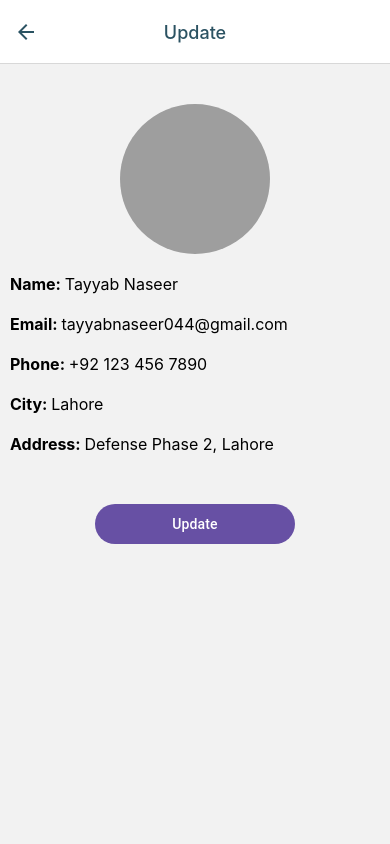
Repository: SaudCh/Expo-Pethub
Screen: /UpdateProfile
The author's editor kept a copy of each file at every save. The screen is drawn from the files as they stood at one save, then again after the next save.
Pictures or frames that could not be fetched are drawn as grey boxes. The app was drawn by React Native's web renderer in a window 390 px wide. The project was rebuilt for these pictures with package versions that can differ from the ones it lists, and the page was loaded fresh each time. Also part of the build but not shown: Screens/Signup.js, Screens/Home.js, Screens/Profile.js, Components/Avatar.js.

Above is the screen before, as saved 2022-11-15 00:30:45.

### App.js
import { StatusBar } from 'expo-status-bar';
import 'react-native-gesture-handler';
import { StyleSheet, Text, View } from 'react-native';
import { Provider as PaperProvider } from 'react-native-paper';
import AppNavigator from './Components/Navigator';

export default function App() {
  return (
    <PaperProvider>
      <AppNavigator />
    </PaperProvider>
  );
}

const styles = StyleSheet.create({
  container: {
    flex: 1,
    backgroundColor: '#fff',
    alignItems: 'center',
    justifyContent: 'center',
  },
});

### Components/Navigator.js
// In App.js in a new project

import * as React from 'react';
import { View, Text } from 'react-native';
import { NavigationContainer } from '@react-navigation/native';
import { createNativeStackNavigator } from '@react-navigation/native-stack';
import Login from '../Screens/Login';
import Signup from '../Screens/Signup';
import Home from '../Screens/Home';
import Profile from '../Screens/Profile';
import UpdateProfile from '../Screens/UpdateProfile';
import Avatar from './Avatar';

function HomeScreen() {
    return (
        <View style={{ flex: 1, alignItems: 'center', justifyContent: 'center' }}>
            <Text>Home Screen</Text>
        </View>
    );
}

const Stack = createNativeStackNavigator();

function AppNavigator() {
    return (
        <NavigationContainer>
            <Stack.Navigator>
                <Stack.Screen name="Login" component={Login} options={{
                    title: 'Login',
                    headerTintColor: "#2B5262",
                    headerTitleAlign: 'center'
                }} />

                <Stack.Screen name="Signup" component={Signup} options={{
                    title: 'Signup',
                    headerTintColor: "#2B5262",
                    headerTitleAlign: 'center'
                }} />

                <Stack.Screen name="Home" component={Home}
                    options={{
                        title: 'Home',
                        headerTintColor: "#2B5262",
                        headerTitleAlign: 'center',
                        headerRight: () => (
                            <Avatar />
                        )
                    }}
                />

                <Stack.Screen name="Profile" component={Profile} options={{
                    title: 'Profile',
                    headerTintColor: "#2B5262",
                    headerTitleAlign: 'center'
                }} />
                <Stack.Screen name="UpdateProfile" component={UpdateProfile} options={{
                    title: 'Update',
                    headerTintColor: "#2B5262",
                    headerTitleAlign: 'center',
                }} />

            </Stack.Navigator>
        </NavigationContainer>
    );
}

export default AppNavigator;

### Screens/Login.js
import { useNavigation } from "@react-navigation/native";
import React, { useState, useEffect } from "react";
import { View, Text, StyleSheet, ActivityIndicator, Alert } from 'react-native'
import { TextInput, Button } from "react-native-paper"

export default function Login() {

    const navigation = useNavigation()

    const [data, setData] = useState({
        email: '',
        password: ''
    })

    return (
        <View style={{ ...styles.body }}>
            <View style={{ ...styles.box }}>
                <View>
                    <TextInput
                        mode="outlined"
                        placeholder="Email"
                        style={{ marginBottom: 10 }}
                        value={data.email}
                        onChangeText={text => setData({ ...data, email: text })}
                    />
                </View>
                <View>
                    <TextInput
                        mode="outlined"
                        placeholder="Password"
                        value={data.password}
                        style={{ marginBottom: 10 }}
                        onChangeText={text => setData({ ...data, password: text })}
                        secureTextEntry
                    />
                </View>
                <View>
                    <Button mode="contained" onPress={() => navigation.replace('Home')} style={{ marginTop: 10 }} >
                        Login
                    </Button>

                    <Button onPress={() => navigation.navigate("Signup")} style={{ backgroundColor: 'transparent' }}>
                        <Text style={{ ...styles.bottomText }}>Switch to Signup</Text>
                    </Button>
                </View>
            </View>
        </View >
    );
}
const styles = StyleSheet.create({
    body: {
        flex: 1,
        alignItems: "center",
        justifyContent: 'center',
        backgroundColor: '#A9CCCF'
    },
    box: {
        shadowColor: "#000",
        shadowOffset: {
            width: 0,
            height: 3,
        },
        shadowOpacity: 0.27,
        shadowRadius: 4.65,
        elevation: 6,
        borderRadius: 10,

        backgroundColor: "#fff",
        padding: 20,
        width: 350
    },
    inputText: {
        fontWeight: 'bold'
    },
    bottomText: {
        fontSize: 16
    }
});

### Screens/UpdateProfile.js
import { Image, StyleSheet, Text, View } from 'react-native'
import React from 'react'
import { Button } from 'react-native-paper'
import { useNavigation } from '@react-navigation/native';

export default function Profile() {
    const navigation = useNavigation();
    return (
        <View style={{ flex: 1, margin: 10 }}>
            <View style={{ alignSelf: 'center', marginTop: 30, width: 150, height: 150, borderRadius: 75, overflow: "hidden" }}>
                <Image
                    style={styles.image}
                    source={{
                        uri: 'https://www.pngarts.com/files/6/User-Avatar-in-Suit-PNG.png',
                    }}
                />
            </View>
            <View style={{ marginTop: 20 }}>
                <Text style={{ fontSize: 16 }}>
                    <Text style={{ fontSize: 16, fontWeight: 'bold' }}>Name: </Text>
                    Tayyab Naseer
                </Text>
            </View>

            <View style={{ marginTop: 20 }}>
                <Text style={{ fontSize: 16 }}>
                    <Text style={{ fontSize: 16, fontWeight: 'bold' }}>Email: </Text>
                    tayyabnaseer044@gmail.com
                </Text>
            </View>

            <View style={{ marginTop: 20 }}>
                <Text style={{ fontSize: 16 }}>
                    <Text style={{ fontSize: 16, fontWeight: 'bold' }}>Phone: </Text>
                    +92 123 456 7890
                </Text>
            </View>

            <View style={{ marginTop: 20 }}>
                <Text style={{ fontSize: 16 }}>
                    <Text style={{ fontSize: 16, fontWeight: 'bold' }}>City: </Text>
                    Lahore
                </Text>
            </View>

            <View style={{ marginTop: 20 }}>
                <Text style={{ fontSize: 16 }}>
                    <Text style={{ fontSize: 16, fontWeight: 'bold' }}>Address: </Text>
                    Defense Phase 2, Lahore
                </Text>
            </View>

            <Button onPress={() => navigation.goBack()} mode='contained' style={{ width: 200, alignSelf: 'center', marginTop: 50 }}>
                Update
            </Button>
        </View>
    )
}

const styles = StyleSheet.create({
    image: {
        width: 150,
        height: 150,
        alignSelf: 'center',
        marginBottom: 20,
        resizeMode: "cover"
    }

})

After the next save:
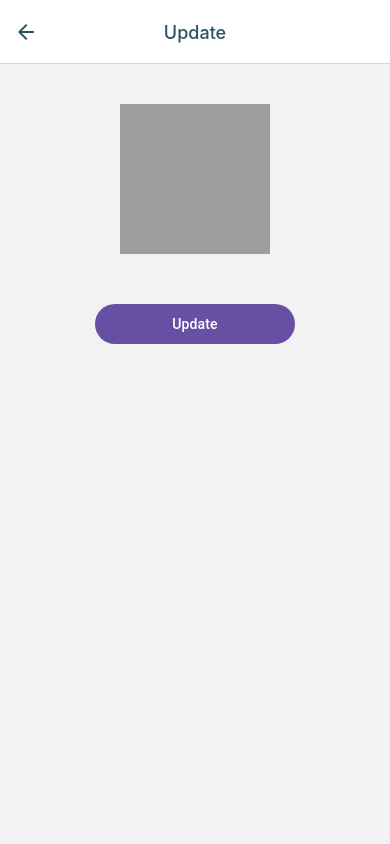
Saved 18 s later.
--- a/Screens/UpdateProfile.js
+++ b/Screens/UpdateProfile.js
@@ -7,7 +7,7 @@ export default function Profile() {
     const navigation = useNavigation();
     return (
         <View style={{ flex: 1, margin: 10 }}>
-            <View style={{ alignSelf: 'center', marginTop: 30, width: 150, height: 150, borderRadius: 75, overflow: "hidden" }}>
+            <View style={{ alignSelf: 'center', marginTop: 30, width: 150, height: 150, overflow: "hidden" }}>
                 <Image
                     style={styles.image}
                     source={{
@@ -15,40 +15,7 @@ export default function Profile() {
                     }}
                 />
             </View>
-            <View style={{ marginTop: 20 }}>
-                <Text style={{ fontSize: 16 }}>
-                    <Text style={{ fontSize: 16, fontWeight: 'bold' }}>Name: </Text>
-                    Tayyab Naseer
-                </Text>
-            </View>
 
-            <View style={{ marginTop: 20 }}>
-                <Text style={{ fontSize: 16 }}>
-                    <Text style={{ fontSize: 16, fontWeight: 'bold' }}>Email: </Text>
-                    tayyabnaseer044@gmail.com
-                </Text>
-            </View>
-
-            <View style={{ marginTop: 20 }}>
-                <Text style={{ fontSize: 16 }}>
-                    <Text style={{ fontSize: 16, fontWeight: 'bold' }}>Phone: </Text>
-                    +92 123 456 7890
-                </Text>
-            </View>
-
-            <View style={{ marginTop: 20 }}>
-                <Text style={{ fontSize: 16 }}>
-                    <Text style={{ fontSize: 16, fontWeight: 'bold' }}>City: </Text>
-                    Lahore
-                </Text>
-            </View>
-
-            <View style={{ marginTop: 20 }}>
-                <Text style={{ fontSize: 16 }}>
-                    <Text style={{ fontSize: 16, fontWeight: 'bold' }}>Address: </Text>
-                    Defense Phase 2, Lahore
-                </Text>
-            </View>
 
             <Button onPress={() => navigation.goBack()} mode='contained' style={{ width: 200, alignSelf: 'center', marginTop: 50 }}>
                 Update
